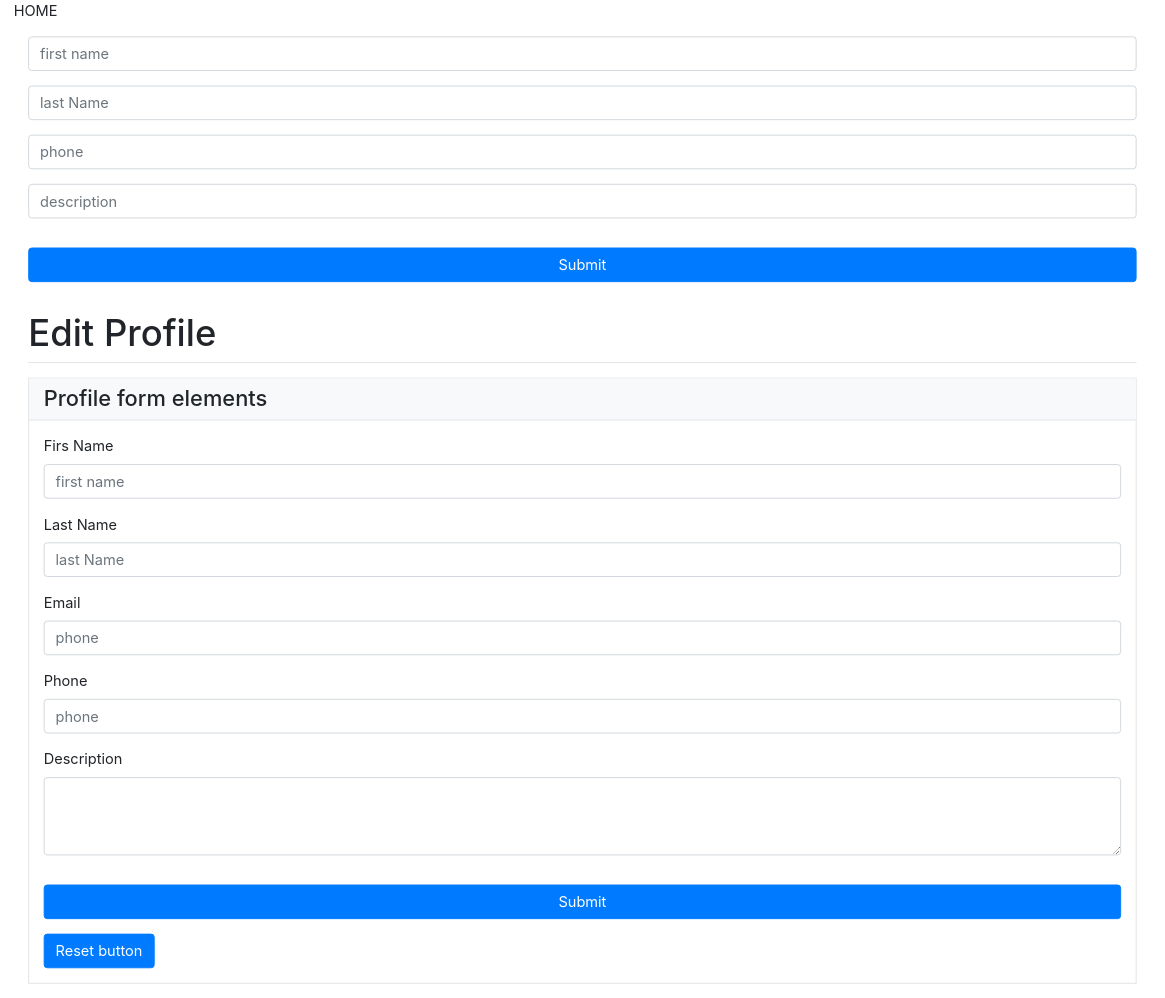
Repository: Thiuannh/springboot
Page: http://localhost/JACKMVC/WEB-INF/views/home.jsp
An editor plug-in stored every save of this project. The page is shown before and after the next save, followed by the edit.
The browser window is 1280 px wide. The pictures show the whole page, at 91% of full size.
The page is served by Tomcat 9. Nobody is signed in. The template is opened directly, without the code that normally fills it, so the values that code supplies are empty.

Above is the page before, as saved 2022-11-21 11:39:54.

After the next save:
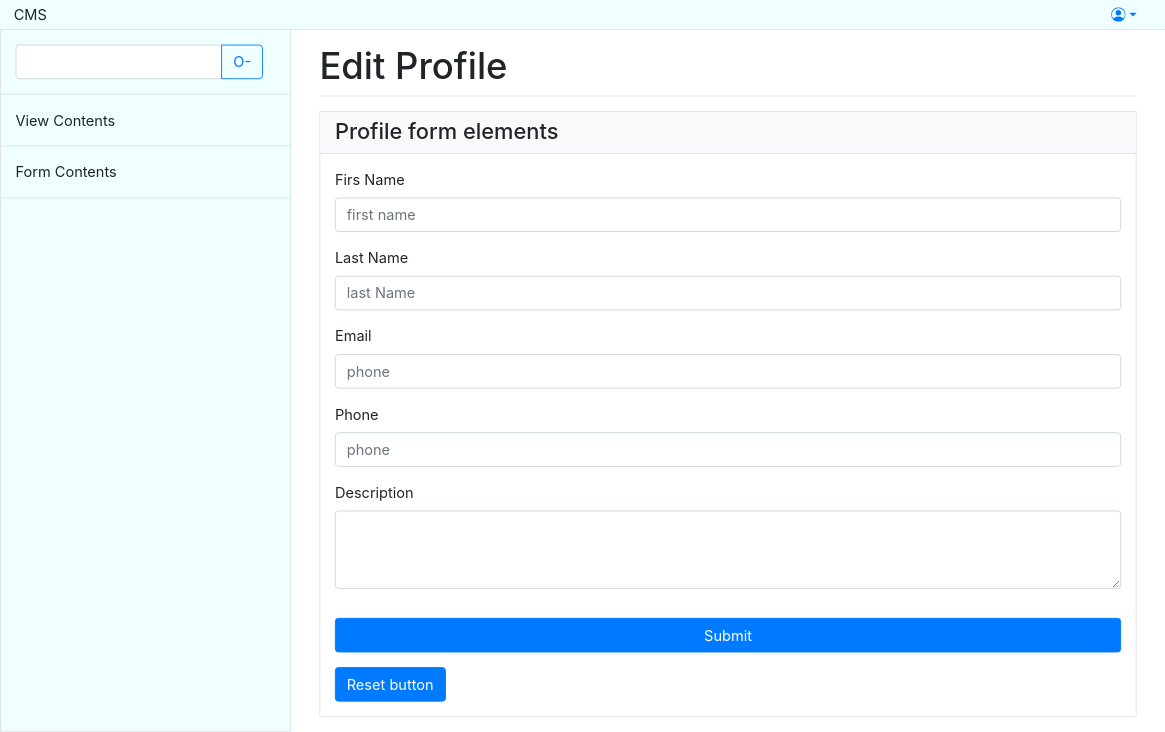
Saved 77 s later.
--- a/JACKMVC/src/main/webapp/WEB-INF/views/home.jsp
+++ b/JACKMVC/src/main/webapp/WEB-INF/views/home.jsp
@@ -22,43 +22,48 @@
 
 
 
-		HOME
 
-		<form:form class="mx-3 my-3" method="POST" action="./${userName}"
-			modelAttribute="userDetails">
-
-			<div class="form-group">
-				<form:input type="text" class="form-control" id="firstName"
-					placeholder="first name" path="firsName" />
-				<span class="text-danger error"></span>
-			</div>
-			<div class="form-group">
-				<form:input type="text" class="form-control" id="lastName"
-					placeholder="last Name" path="lastName" />
-				<span class="text-danger error"></span>
-			</div>
-
-			<div class="form-group">
-				<form:input type="text" class="form-control" id="lastName"
-					placeholder="phone" path="phone" />
-				<span class="text-danger error"></span>
-			</div>
-
-			<div class="form-group">
-				<form:input type="text" class="form-control" id="description"
-					placeholder="description" path="description" />
-				<span class="text-danger error"></span>
-			</div>
-
-
-			<button type="submit" class="btn btn-primary w-100 my-3" id="login">Submit</button>
-
-		</form:form>
-
-
-
-
-		<div class="title m-3 border-bottom">
+  <div class="profile">
+    <div class="row header">
+      <div class="col-md-12">
+        <div class="header d-flex justify-content-between align-items-center">
+          <div>CMS</div>
+          <div class="user">
+            <div class="nav-item dropdown">
+              <a class="nav-link dropdown-toggle d-flex align-items-center" data-toggle="dropdown" href="#" role="button" aria-haspopup="true" aria-expanded="false">
+                <svg xmlns="http://www.w3.org/2000/svg" width="16" height="16" fill="currentColor" class="bi bi-person-circle" viewBox="0 0 16 16">
+                  <path d="M11 6a3 3 0 1 1-6 0 3 3 0 0 1 6 0z"/>
+                  <path fill-rule="evenodd" d="M0 8a8 8 0 1 1 16 0A8 8 0 0 1 0 8zm8-7a7 7 0 0 0-5.468 11.37C3.242 11.226 4.805 10 8 10s4.757 1.225 5.468 2.37A7 7 0 0 0 8 1z"/>
+                </svg>
+              </a>
+              <div class="dropdown-menu dropdown-menu-right">
+                <a class="dropdown-item" href="#!">User Profile</a>
+                <a class="dropdown-item" href="#!">Logout</a>
+              </div>
+            </div>
+          </div>
+        </div>
+      </div>
+    </div>
+    <div class="row vh-100">
+      <div class="col-md-3 sidebar border">
+        <div class="row input-group py-3 pl-3">
+          <input type="text" class="form-control" placeholder="" aria-label="" aria-describedby="basic-addon1">
+          <div class="input-group-append">
+            <button type="button" class="btn btn-outline-primary">
+              O-
+            </button>
+          </div>
+        </div>
+        <div class="row view-contents py-3 pl-3 border-bottom border-top">
+          View Contents
+        </div>
+        <div class="row form-contents py-3 pl-3 border-bottom">
+          Form Contents
+        </div>
+      </div>
+      <div class="col-md-9 page border-top">
+      <div class="title m-3 border-bottom">
 			<h1>Edit Profile</h1>
 		</div>
 
@@ -111,6 +116,17 @@
 		</div>
 
 
+      </div>
+    </div>
+  </div>
+
+    <!-- ... MAIN HERE ... -->
+
+
+
+
+
+
 
 
 
